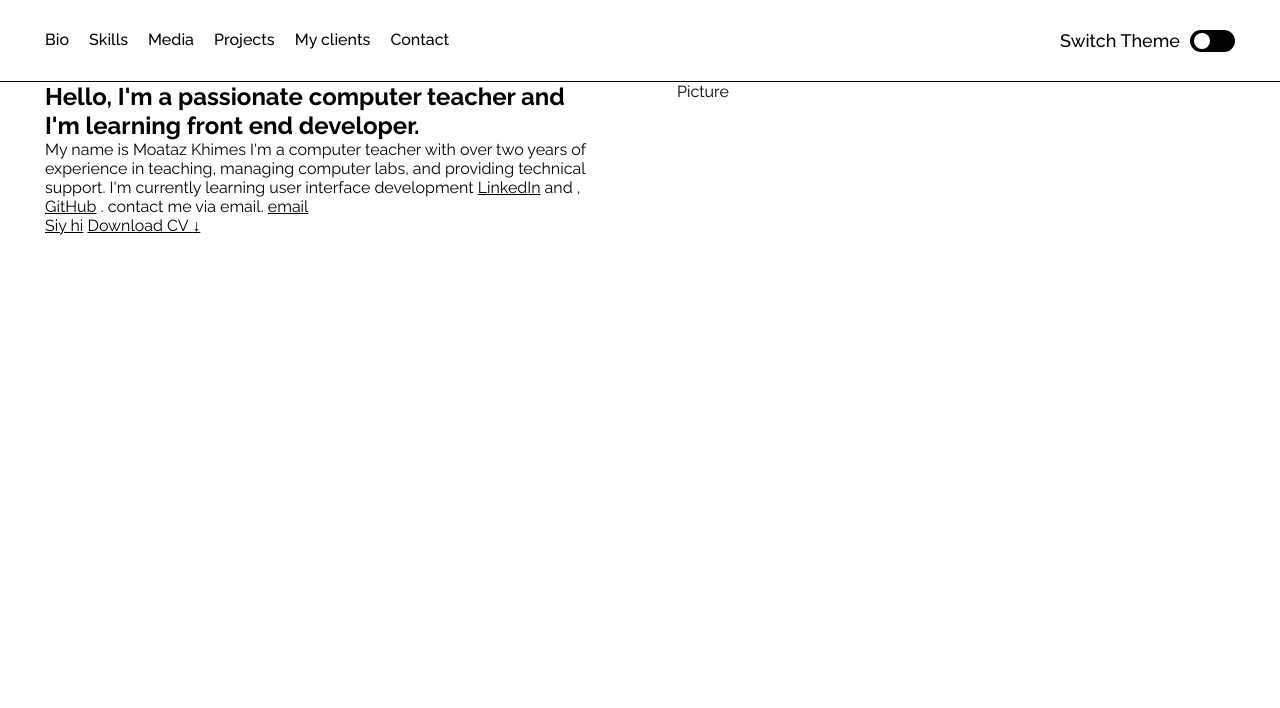
Repository: moataz305G/Personal-website
Page: index.html
These files come from the project's save history. The page is drawn as it stood at one moment and after the next save; the edit follows.
The browser window is 1280 px wide. The pictures show the whole page.

Above is the page before, as saved 2025-12-12 21:03:15.

### index.html
<!DOCTYPE html>
<html lang="en">
  <head>
    <meta charset="UTF-8" />

    <meta name="viewport" content="width=device-width, initial-scale=1.0" />
    <link rel="preconnect" href="https://fonts.googleapis.com" />
    <link rel="preconnect" href="https://fonts.gstatic.com" crossorigin />
    <link
      href="https://fonts.googleapis.com/css2?family=Raleway:ital,wght@0,100..900;1,100..900&display=swap"
      rel="stylesheet"
    />

    <link rel="stylesheet" href="Style.css" />
    <title class="title">Moataz khimes</title>
  </head>
  <body>
    <div class="container">
      <header class="header">
        <nav class="navigation">
          <ul class="navigation__list">
            <li><a href="#" class="navigation__link">Bio</a></li>
            <li><a href="#" class="navigation__link">Skills</a></li>
            <li><a href="#" class="navigation__link">Media</a></li>
            <li><a href="#" class="navigation__link">Projects</a></li>
            <li><a href="#" class="navigation__link">My clients</a></li>
            <li><a href="#" class="navigation__link">Contact</a></li>
          </ul>
        </nav>

        <div class="toggle">
          <h3 class="toggle__title">Switch Theme</h3>
          <input
            type="checkbox"
            name="toggle checkbox"
            id="toggle"
            class="toggle__checkbox"
          />
          <label for="toggle" class="toggle__label"></label>
        </div>
      </header>

      <section id="bio" class="bio section">
        <div class="bio__content">
          <h1 class="bio__heading">
            Hello, I'm a passionate computer teacher and I'm learning front end
            developer.
          </h1>
          <p class="bio__objeactive">
            My name is <span class="bio__name">Moataz Khimes</span>
            I'm a computer teacher with over two years of experience in
            teaching, managing computer labs, and providing technical support.
            I'm currently learning user interface development
            <a
              href="https://www.linkedin.com/in/moataz-khimes-53586223b/"
              class="bio__linkedin"
              >LinkedIn</a
            >
            and ,<a href="https://github.com/moataz305G" class="bio__github"
              >GitHub</a
            >
            . contact me via email.
            <a href="mutazkhmes@gmail.com" class="gio__email">email</a>
          </p>
          <a href="#" class="bio__links siy-hi-link">Siy hi</a>
          <a href="#" class="bio__links find-out-link"
            >Download CV <span class="bio__arrow">↓</span></a
          >
        </div>
        <div class="bio__pic-content">Picture</div>
      </section>
    </div>
  </body>
</html>

### Style.css
:root {
  --container-width: 119rem;
  --guter: 6rem;

  --color-black: #000;
  --color-white: #fff;
  --color-blue: #2374e1;
  --color-lite-blue: #1d9bf0;
  --color-dark-blue: #0a66c2;
  --color-darker-blue: #143ce8;
  --color-red: #ff0000;
  --color-green: #03a696;
  --color-gray: #f6f6f6;
  --color-dark-green: #42959b;

  --color-background: var(--color-white);
  --color-text: var(--color-black);
  --color-box-img: var(--color-black);
  --color-link-bg: var(--color-black);
  --color-input-border: var(--color-black);

  --font-family-raleway: "Raleway", sans-serif;
  --font-family-poppins: "Poppins", sans-serif;

  --font-weight-regular: 400;
  --font-weight-medium: 500;
  --font-weight-semi-bold: 600;
  --font-weight-bold: 700;

  --font-size-70: 7rem;
  --font-size-65: 6.5rem;
  --font-size-40: 4rem;
  --font-size-38: 3.8rem;
  --font-size-24: 2.4rem;
  --font-size-22: 2.2rem;
  --font-size-20: 2rem;
  --font-size-18: 1.8rem;
  --font-size-15: 1.5rem;

  --transition-timing: 0.3s;
}
/* CSS Reset */
* {
  margin: 0;
  padding: 0;
}

*,
*::after,
*::before {
  box-sizing: border-box;
}

a {
  color: inherit;
  display: inline-block;
}

button {
  background-color: transparent;
  border: none;
  cursor: pointer;
}

ul,
ol {
  list-style: none;
}
/* END CSS Reset */
html {
  font-size: 62.5%;
  scroll-behavior: smooth;
  scroll-padding-top: 11rem;
}

body {
  font-size: 1.6rem;
  font-family: var(--font-family-raleway);
  background-color: var(--color-background);
  color: var(--color-text);
}

.container {
  max-width: var(--container-width);
  margin: 0 auto;
}
header {
  position: relative;
  padding: 3rem 0;
  display: flex;
  justify-content: center;
  z-index: 0;
}
.header::before {
  content: "";
  position: absolute;
  height: 100%;
  width: 100vw;
  border-bottom: 0.1rem solid var(--color-black);
  top: 0;
  z-index: -1;
}

.navigation__list {
  display: flex;
  gap: 2rem;
}
.navigation__link:link,
.navigation__link:visited {
  text-decoration: none;
  font-weight: var(--font-weight-medium);
}
.navigation__link:hover,
.navigation__link:active {
  text-decoration: underline;
  color: var(--color-text);
}

/* Toggle */
.toggle {
  display: flex;
  gap: 1rem;
  margin-left: auto;
}
.toggle__title {
  font-weight: var(--font-weight-medium);
  font-size: var(--font-size-18);
}

.toggle__checkbox {
  display: none;
}

.toggle__label {
  display: block;
  position: relative;
  background-color: var(--color-black);
  border-radius: 1.5rem;
  width: 4.5rem;
  height: 2.2rem;
  cursor: pointer;
  padding: 0.3rem 0.4rem;
  transition: 0.3s;
}

.toggle__label::after {
  content: "";
  display: block;
  width: 1.6rem;
  height: 1.6rem;
  border-radius: 50%;
  background-color: var(--color-white);
  transition: 0.3s;
}

.toggle__checkbox:checked + .toggle__label {
  background-color: var(--color-white);
}
.toggle__checkbox:checked + .toggle__label::after {
  transform: translateX(2.1rem);
  background-color: var(--color-green);
}

/* End Toggle */

.section {
  display: grid;
  grid-template-columns: repeat(2, auto);
  align-items: start;
}

/* Bio */
.bio {
  grid-gap: 7.4rem;
  grid-template-columns: repeat(2, 1fr);
}

.

After the next save:
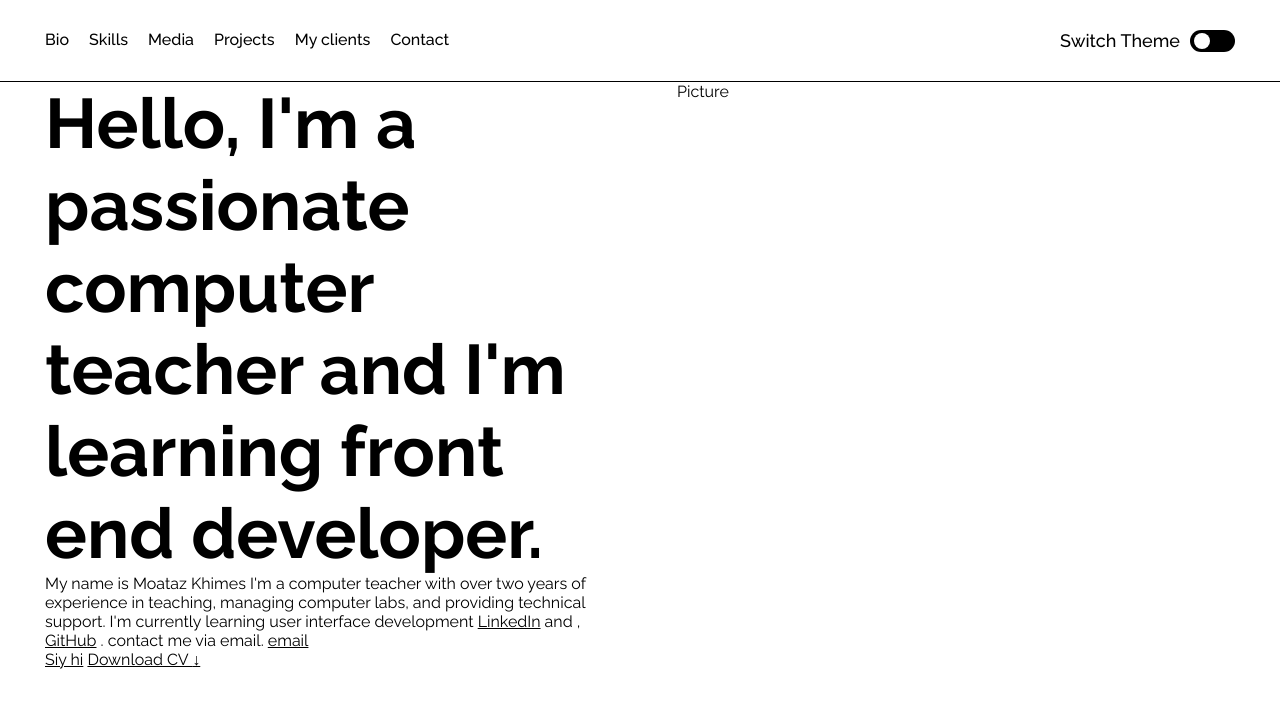
Saved 42 s later.
--- a/Style.css
+++ b/Style.css
@@ -175,4 +175,6 @@ header {
   grid-template-columns: repeat(2, 1fr);
 }
 
-.
+.bio__heading {
+  font-size: var(--font-size-70);
+}
